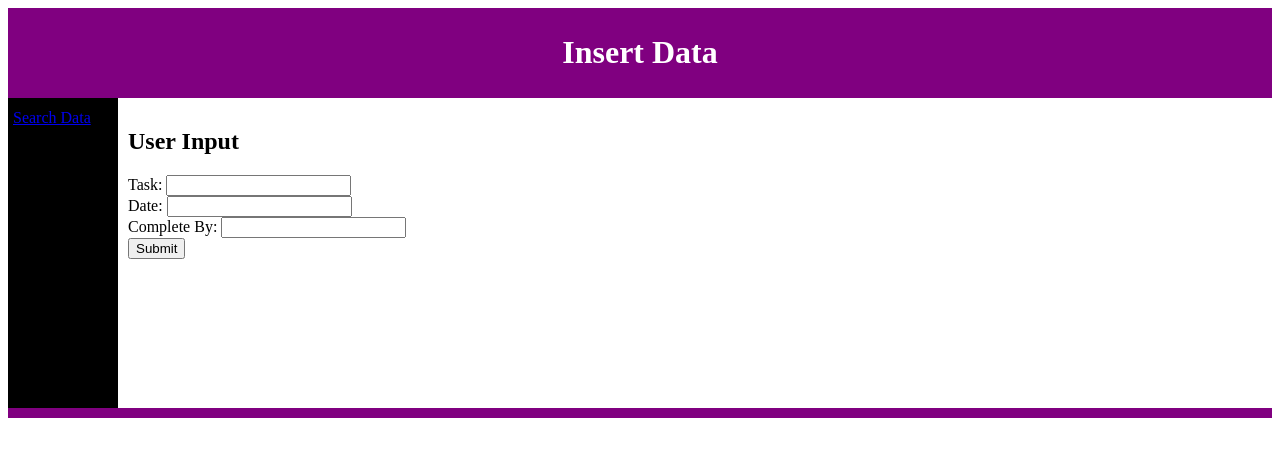
Repository: huappy/Tech-Exercise
Page: workspace4830-Tech_Exercise-Hausman/Tech_Exercise_Hausman/src/main/webapp/InsertTask.html
The author's editor kept a copy of each file at every save. The page is drawn from the files as they stood at one save, then again after the next save.
The browser window is 1280 px wide. The pictures show the whole page.

Above is the page before, as saved 2023-03-23 12:23:47.

After the next save:
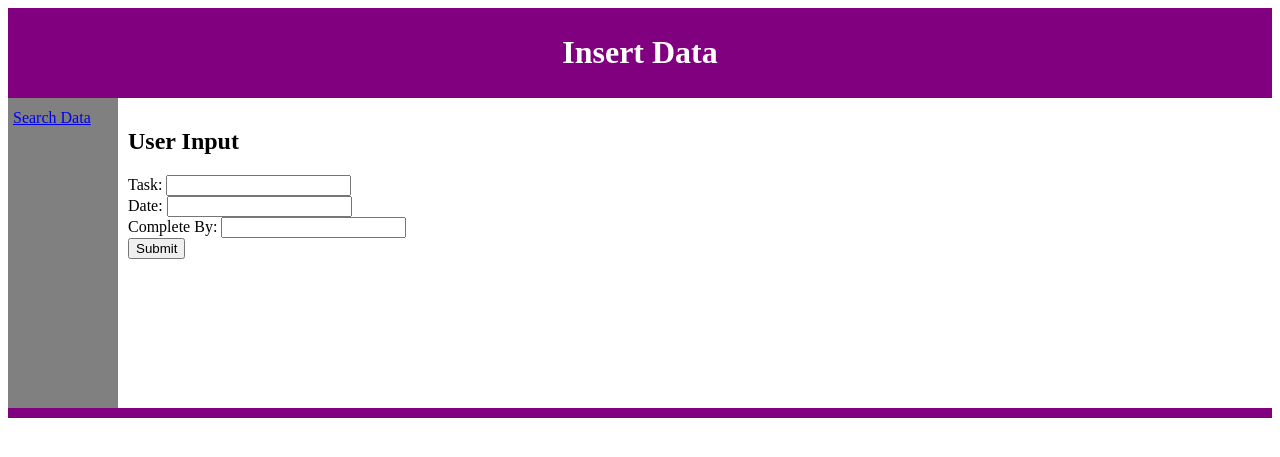
Saved 38 s later.
--- a/workspace4830-Tech_Exercise-Hausman/Tech_Exercise_Hausman/src/main/webapp/InsertTask.html
+++ b/workspace4830-Tech_Exercise-Hausman/Tech_Exercise_Hausman/src/main/webapp/InsertTask.html
@@ -9,7 +9,7 @@ header {
 }
 nav {
     line-height:30px;
-    background-color:black;
+    background-color:gray;
     height:300px;
     width:100px;
     float:left;
